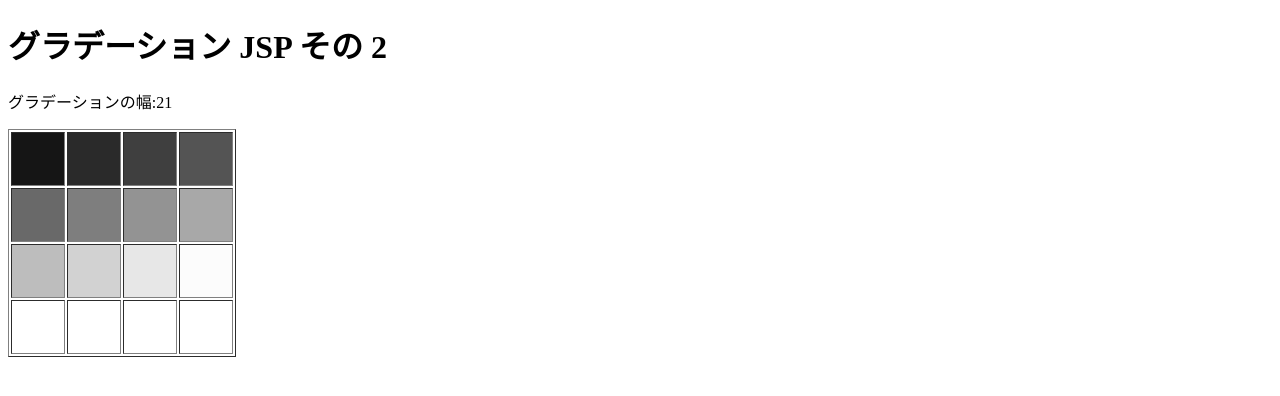
Repository: jh0612/2021_Azure_study
Page: http://localhost/Myproj2/grandientjsp2.jsp
These files come from the project's save history. The page is drawn as it stood at one moment and after the next save; the edit follows.
The browser window is 1280 px wide. The pictures show the whole page.
The page is served by Tomcat 9.

Above is the page before, as saved 2021-12-02 08:20:25.

After the next save:
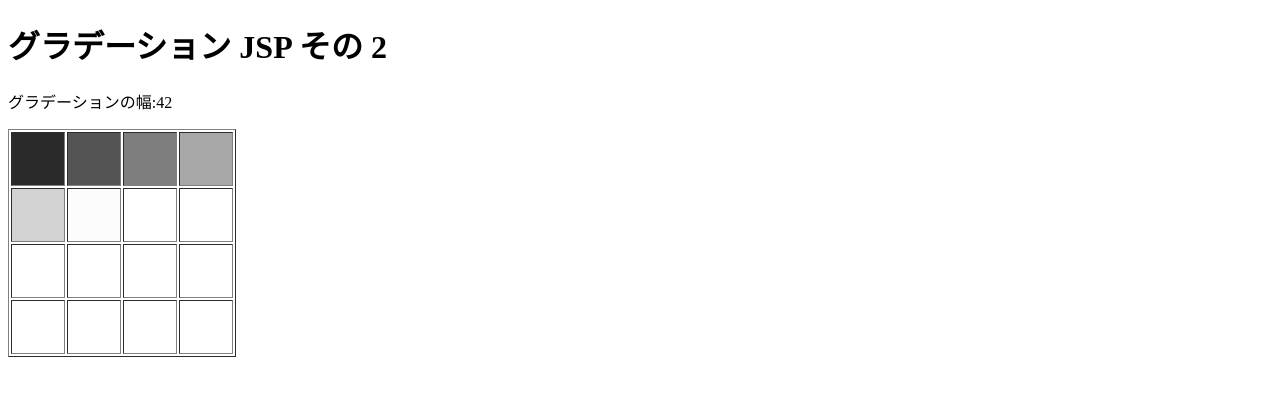
Saved 9 s later.
--- a/Demoforme/Myproj2/src/main/webapp/grandientjsp2.jsp
+++ b/Demoforme/Myproj2/src/main/webapp/grandientjsp2.jsp
@@ -7,7 +7,7 @@
 <title>グラデーション JSP その 2</title>
 </head>
 <body>
-<% int add = 21; %>
+<% int add = 42; %>
 <h1>グラデーション JSP その 2</h1>
 グラデーションの幅:<%= add %><p></p>
 <table border="1">
